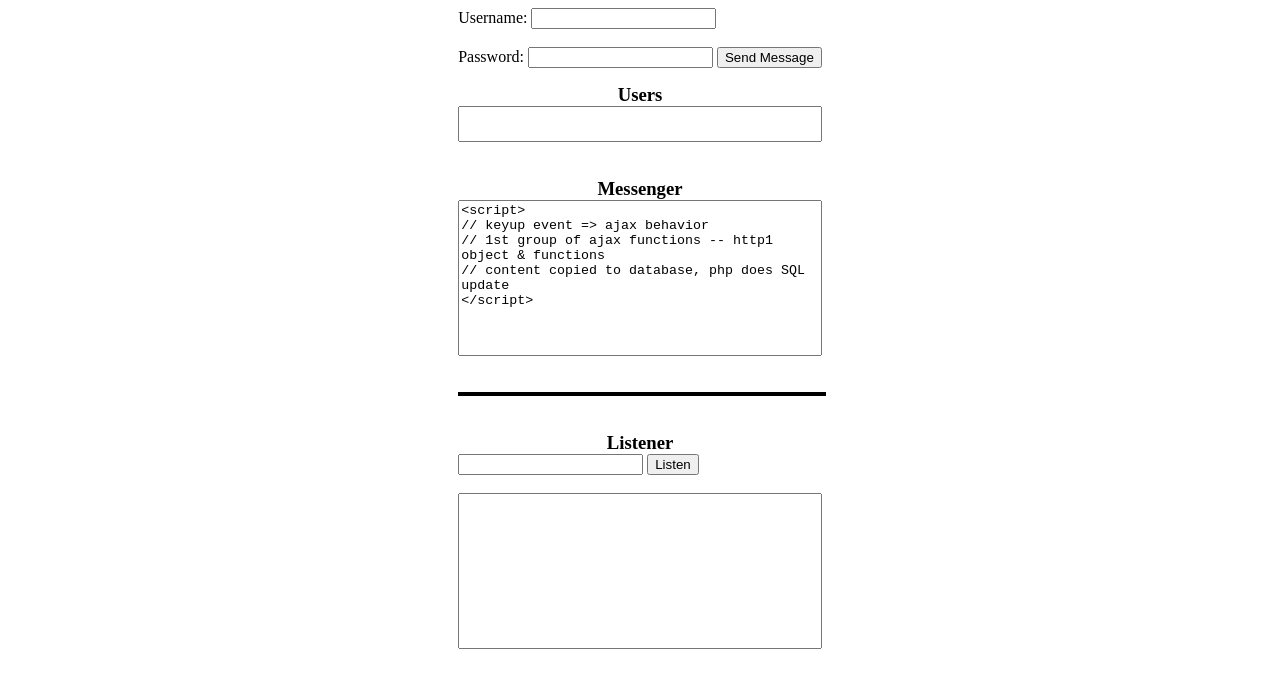
Repository: hosua/it-202
Page: http://localhost/
The author's editor kept a copy of each file at every save. The page is drawn from the files as they stood at one save, then again after a run of saves.
The browser window is 1280 px wide. The pictures show the whole page.
The page is run by PHP 8.4 with error messages shown; the project is at /var/www/html/. Queries for data that is not in the repository find no rows.

Above is the page before, as saved 2022-12-02 05:40:20.

### assign5/index.php
<html>
<div class="container">
    <?php
include 'info.php';

ini_set("display_errors", 1); // debugging
ini_set("display_startup_errors", 1); // debugging

if (mysqli_connect_errno()) {
    echo "Failed to connect to MySQL: " . mysqli_connect_error();
    exit();
}
?>

    <form method=post action="index.php">
        <label for=user>Username: </label>
        <input type=text id=user name=user>
        <br> <br>
        <label for=pass>Password: </label>
        <input type=password id=pass name=pass>
        <input type="submit" value="Send Message">
    </form>

    <h3 style="margin: auto;"> Users </h3>
    <!-- User list -->
    <textarea readonly id=active-users name=active-users cols=20 rows=2>
<?php
$sql = "SELECT * FROM Users;";
$query_res = $conn->query($sql);
while ($row = $query_res->fetch_assoc()) {
    echo $row['username'] . " ";
}
?>
</textarea>
    <!-- Messenger -->
    <br> <br>
    <h3 style="margin: auto;"> Messenger </h3>
<textarea id=messenger name=messenger cols=40 rows=10>
<script>
// keyup event => ajax behavior
// 1st group of ajax functions -- http1 object & functions
// content copied to database, php does SQL update
</script>
</textarea>
    <br> <br>
    <span class=warning id=warning>
<?php
    // error message here if user fails to login
?>
    </span>
    <br> <br>
    <!-- Listener -->
    <h3 style="margin: auto;"> Listener </h3>
    <label for=listener-name>
        <input type=text id=listener-name name=listener-name>
        <button type=button id=listener-button>Listen</button>
        <br> <br>
    <textarea id=listener name=listener cols=40 rows=10>
    </textarea>
</div> <!-- listener-container -->

<link rel="stylesheet" href="styles.css">

</html>

### assign5/info.php
<?php
	session_start();
	$dbserver= "localhost";
	$dbuser= "hoswoo";
	$dbpass = "m1z0m1z0";
	$dbname = "it202";

	$active_page = basename($_SERVER["PHP_SELF"], ".php");

	// This is how to make a .php page unvisitable.
	// User should never be able to visit this page since it only holds information and functions.
	if ( $_SERVER['REQUEST_METHOD']=='GET' && realpath(__FILE__) == realpath( $_SERVER['SCRIPT_FILENAME'] ) ) {
		header("location: index.php");
	}

	$conn = mysqli_connect($dbserver,$dbuser,$dbpass,$dbname);
	if (mysqli_connect_errno()){ echo "Failed to connect to MySQL: " . mysqli_connect_error(); exit(); }
?>

<link rel="stylesheet" href="styles.css">

### assign5/styles.css
.warning {
    border: 2px solid black;
    background-color: red;
    position: relative;
    width: 100%;
}

.container {
    display: grid;
    justify-content: center;
    align-items: center;
}

#active-users {
    resize: none;
}

#messenger {
    resize: none;
}

#listener {
    position: relative;
    width: 100%;
    resize: none;
}

After the next 2 saves:
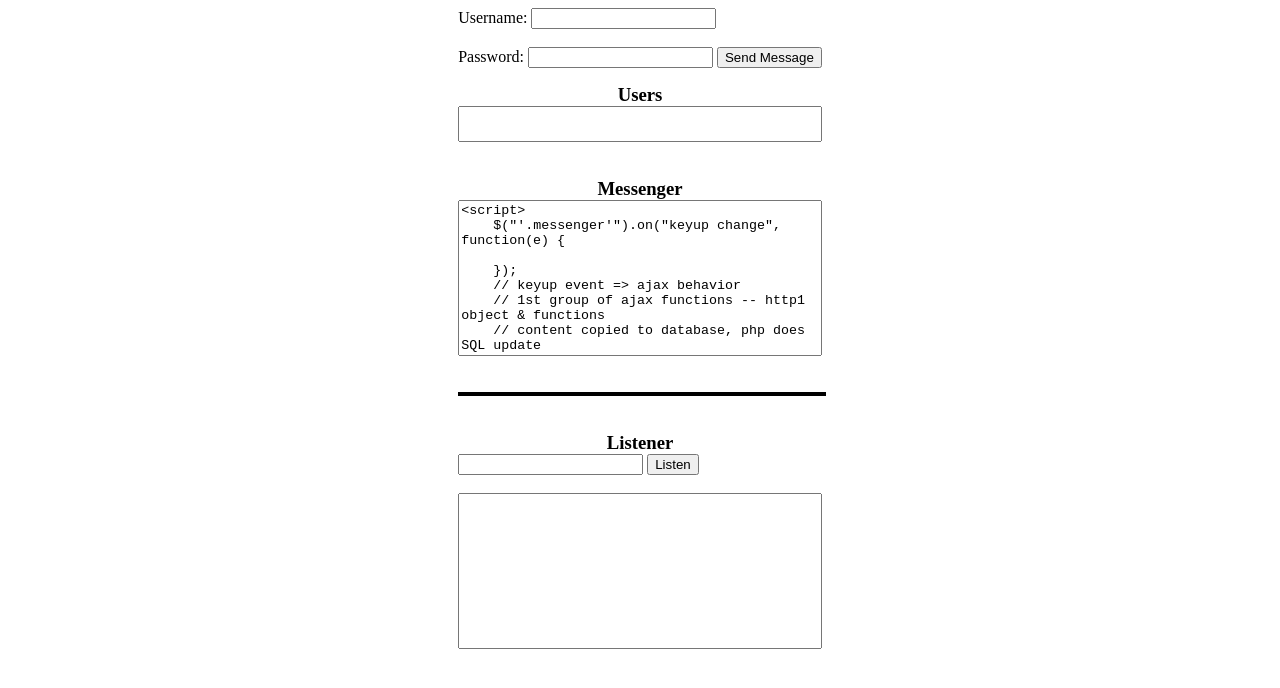
The 2 saves are shown as one change because they came seconds apart.
The last was saved 65 s later.
--- a/assign5/index.php
+++ b/assign5/index.php
@@ -37,9 +37,12 @@ while ($row = $query_res->fetch_assoc()) {
     <h3 style="margin: auto;"> Messenger </h3>
 <textarea id=messenger name=messenger cols=40 rows=10>
 <script>
-// keyup event => ajax behavior
-// 1st group of ajax functions -- http1 object & functions
-// content copied to database, php does SQL update
+    $("'.messenger'").on("keyup change", function(e) {
+
+    });
+    // keyup event => ajax behavior
+    // 1st group of ajax functions -- http1 object & functions
+    // content copied to database, php does SQL update
 </script>
 </textarea>
     <br> <br>
